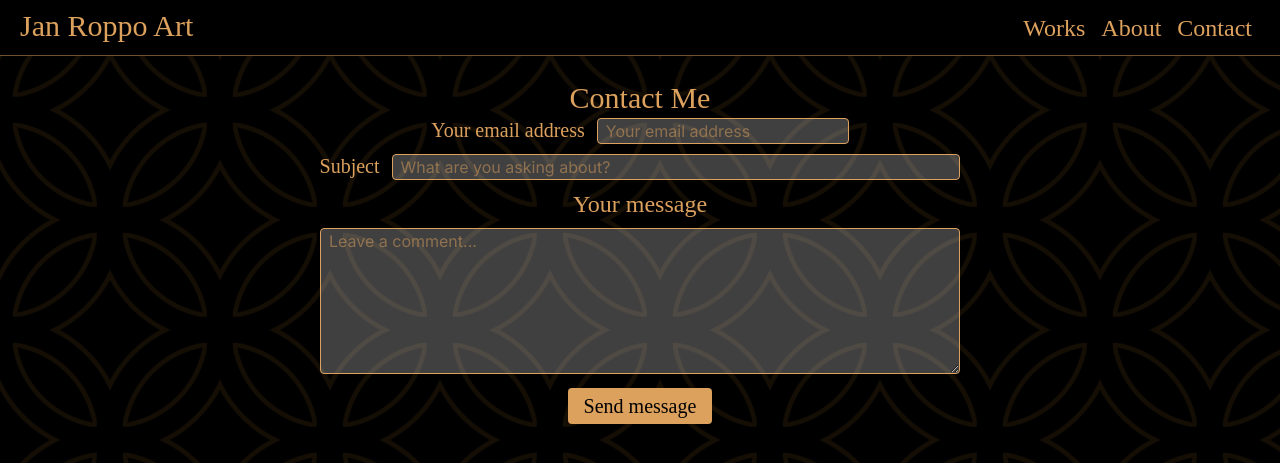
Repository: YanceMcFinn/JRArt
Page: /contact
These files come from the project's save history. The page is drawn as it stood at one moment and after the next save; the edit follows.
The browser window is 1280 px wide. The pictures show the whole page.
Some web fonts or font styles are not loaded; a fallback is used. The project was rebuilt for these pictures with package versions that can differ from the ones it lists, and the page was loaded fresh each time. The framework's server and built-in components were replaced by stand-ins that run in the browser. Also part of the build but not shown: next.config.js.

Above is the page before, as saved 2023-10-28 22:39:05.

After the next save:
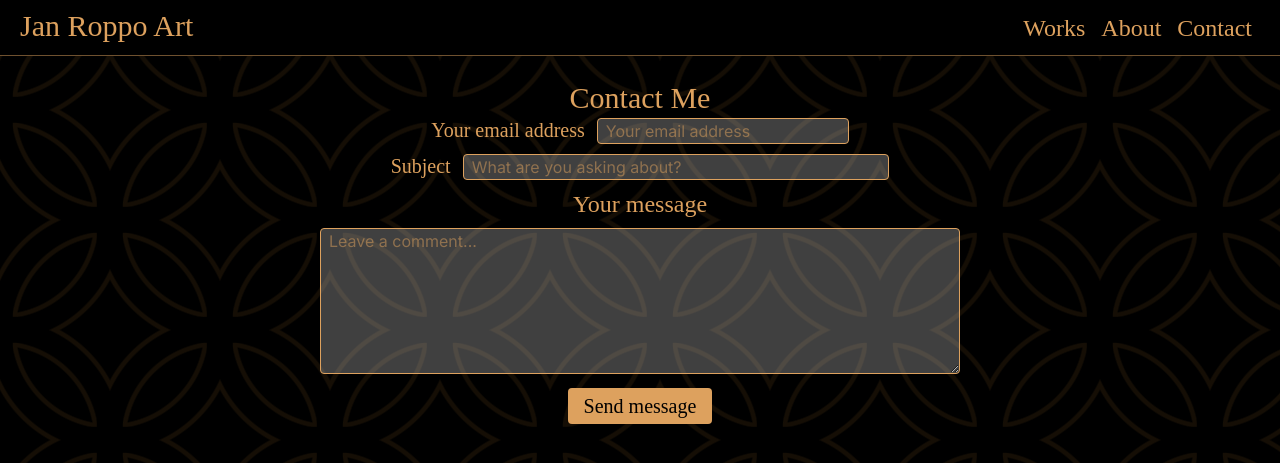
Saved 18 s later.
--- a/app/contact/page.jsx
+++ b/app/contact/page.jsx
@@ -13,7 +13,7 @@ export default function Contact() {
                     </div>
                     <div className='mb-2'>
                         <label for="subject" className='pr-3 title text-xl'>Subject</label>
-                        <input type="text" id="subject" className='rounded w-8/12 px-2 bg-white/25 border border-main-color text-main-color placeholder-main-color/50 focus:border-main-color focus:border-2 focus:outline-none focus:ring-0' placeholder="What are you asking about?" required/>
+                        <input type="text" id="subject" className='rounded w-6/12 px-2 bg-white/25 border border-main-color text-main-color placeholder-main-color/50 focus:border-main-color focus:border-2 focus:outline-none focus:ring-0' placeholder="What are you asking about?" required/>
                     </div>
                 <div class="sm:col-span-2">
               <label for="message" className='title text-2xl' >Your message</label><br/>
